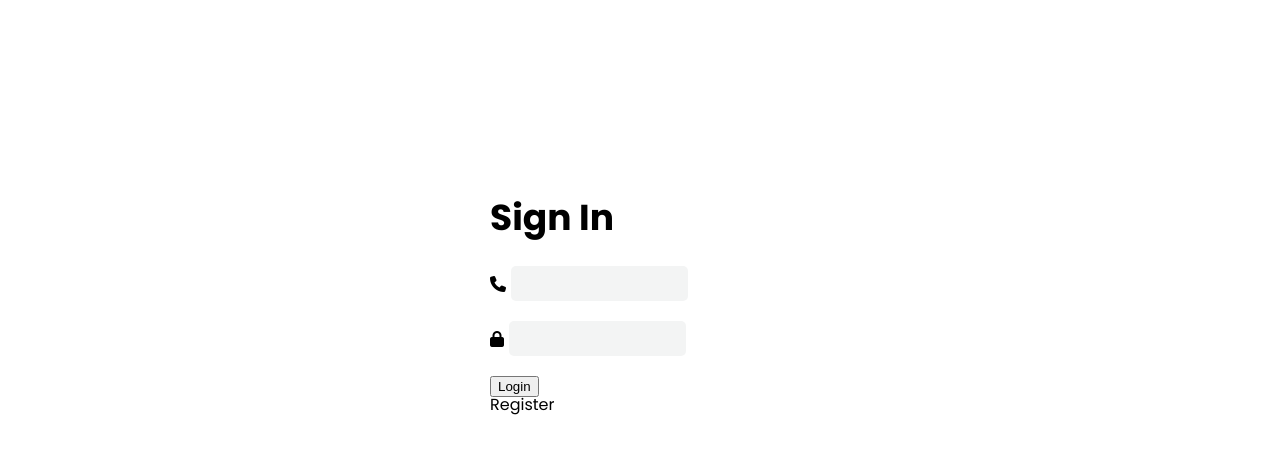
Repository: haphuocsang1801/github-group4
Page: login.html
These files come from the project's save history. The page is drawn as it stood at one moment and after a run of saves; the edit follows.
The browser window is 1280 px wide. The pictures show the whole page.
Some web libraries are served in a nearby version. The style sheet was rebuilt from its Sass, Less or Tailwind sources for each picture, by a compiler version that may differ from the author's.

Above is the page before, as saved 2021-09-17 16:29:24.

After the next 2 saves:
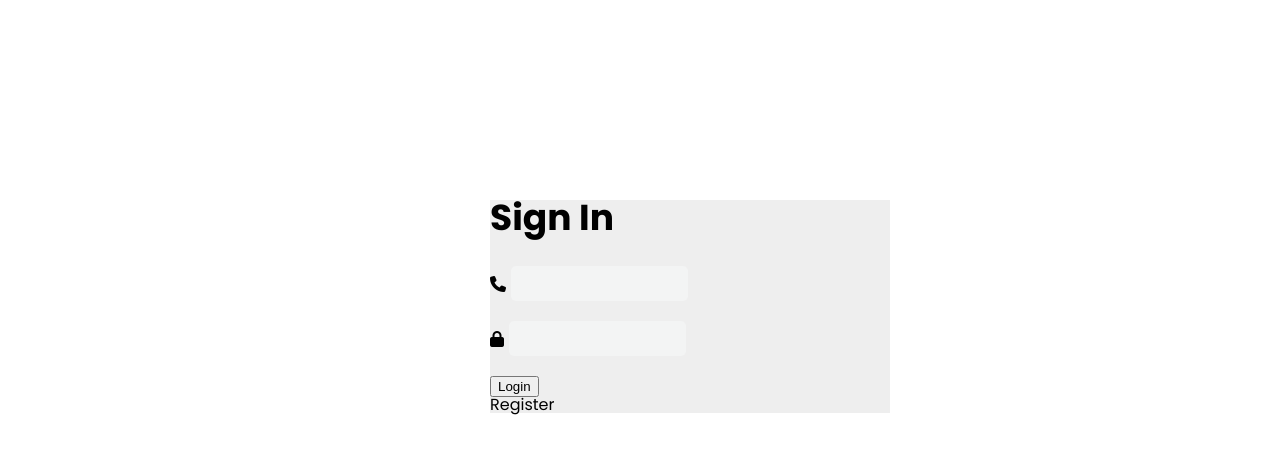
The 2 saves are shown as one change because they came seconds apart.
The last was saved 8 s later.
--- a/scss/_login.scss
+++ b/scss/_login.scss
@@ -17,7 +17,7 @@
     background-color: $background-input;
     border-radius: 5px;
   }
-  .form{
+  &-main{
       width: 400px;
       height: auto;
       align-items: center;
